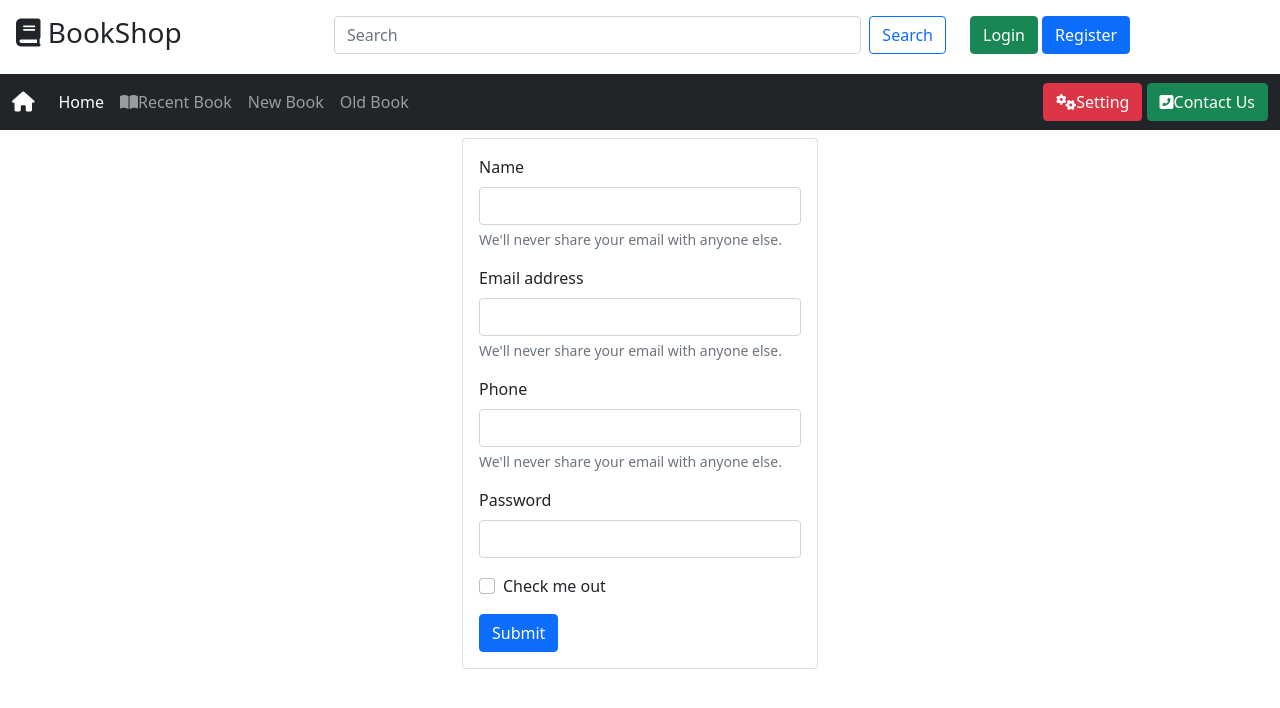
Repository: Abhishekverma23797/BookShopApp
Page: http://localhost/Ebook-App/Register.jsp
These files come from the project's save history. The page is drawn as it stood at one moment and after the next save; the edit follows.
The browser window is 1280 px wide. The pictures show the whole page.
The page is served by Tomcat 9. Other server files are loaded and not shown.

Above is the page before, as saved 2021-12-07 11:51:07.

### Ebook-App/src/main/webapp/Register.jsp
<%@ page language="java" contentType="text/html; charset=ISO-8859-1"
	pageEncoding="ISO-8859-1"%>
<!DOCTYPE html>
<html>
<head>
<meta charset="ISO-8859-1">
<title>BookShop: Register</title>
<%@include file="All_Component/AllCss.jsp"%>
</head>
<body>
	<%@include file="All_Component/navbar.jsp"%>


	<div class="container">
		<div class="row">
			<div class="col-md-4 offset-md-4">
				<div class="card mt-2">

					<div class="card-body">

						<form>
							<div class="mb-3">
								<label for="exampleInputEmail1" class="form-label">Name</label>
								<input type="email" class="form-control" id="exampleInputEmail1"
									aria-describedby="emailHelp">
								<div id="emailHelp" class="form-text">We'll never share
									your email with anyone else.</div>
							</div>
							<div class="mb-3">
								<label for="exampleInputEmail1" class="form-label">Email
									address</label> <input type="email" class="form-control"
									id="exampleInputEmail1" aria-describedby="emailHelp">
								<div id="emailHelp" class="form-text">We'll never share
									your email with anyone else.</div>
							</div>
							<div class="mb-3">
								<label for="exampleInputEmail1" class="form-label">Phone</label> <input type="email" class="form-control"
									id="exampleInputEmail1" aria-describedby="emailHelp">
								<div id="emailHelp" class="form-text">We'll never share
									your email with anyone else.</div>
							</div>
							<div class="mb-3">
								<label for="exampleInputPassword1" class="form-label">Password</label>
								<input type="password" class="form-control"
									id="exampleInputPassword1">
							</div>
							<div class="mb-3 form-check">
								<input type="checkbox" class="form-check-input"
									id="exampleCheck1"> <label class="form-check-label"
									for="exampleCheck1">Check me out</label>
							</div>
							<button type="submit" class="btn btn-primary">Submit</button>
						</form>
					</div>
				</div>

			</div>
		</div>
	</div>
</body>
</html>

### Ebook-App/src/main/webapp/All_Component/AllCss.jsp
<!-- CSS only -->
<link
	href="https://cdn.jsdelivr.net/npm/bootstrap@5.1.3/dist/css/bootstrap.min.css"
	rel="stylesheet"
	integrity="sha384-1BmE4kWBq78iYhFldvKuhfTAU6auU8tT94WrHftjDbrCEXSU1oBoqyl2QvZ6jIW3"
	crossorigin="anonymous">


<!-- JavaScript Bundle with Popper -->
<script
	src="https://cdn.jsdelivr.net/npm/bootstrap@5.1.3/dist/js/bootstrap.bundle.min.js"
	integrity="sha384-ka7Sk0Gln4gmtz2MlQnikT1wXgYsOg+OMhuP+IlRH9sENBO0LRn5q+8nbTov4+1p"
	crossorigin="anonymous"></script>


<link rel="stylesheet"
	href="https://cdnjs.cloudflare.com/ajax/libs/font-awesome/6.0.0-beta3/css/all.min.css"
	integrity="sha512-Fo3rlrZj/k7ujTnHg4CGR2D7kSs0v4LLanw2qksYuRlEzO+tcaEPQogQ0KaoGN26/zrn20ImR1DfuLWnOo7aBA=="
	crossorigin="anonymous" referrerpolicy="no-referrer" />

<link rel="stylesheet" href="All_Component/style.css">

### Ebook-App/src/main/webapp/All_Component/navbar.jsp

<div class="container-fluid p-3">


	<div class="row">

		<div class="col-md-3">

			<h3>

				<i class="fas fa-book"></i> BookShop
			</h3>
		</div>

		<div class="col-md-6">
			<form class="d-flex">
				<input class="form-control me-2 my-lg-0" type="search"
					placeholder="Search" aria-label="Search">
				<button class="btn btn-outline-primary" type="submit">Search</button>
			</form>
		</div>

		<div class="col-md-3">

			<a href="" class="btn btn-success">Login</a> <a href="Register.jsp"
				class="btn btn-primary">Register</a>

		</div>

	</div>

</div>
<nav class="navbar navbar-expand-lg navbar-dark bg-dark bg-custom">
	<div class="container-fluid">
		<a class="navbar-brand" href="#"><i class="fas fa-home"></i></a>
		<button class="navbar-toggler" type="button" data-bs-toggle="collapse"
			data-bs-target="#navbarSupportedContent"
			aria-controls="navbarSupportedContent" aria-expanded="false"
			aria-label="Toggle navigation">
			<span class="navbar-toggler-icon"></span>
		</button>
		<div class="collapse navbar-collapse" id="navbarSupportedContent">
			<ul class="navbar-nav me-auto mb-2 mb-lg-0">
				<li class="nav-item"><a class="nav-link active"
					aria-current="page" href="#"> Home</a></li>

				<li class="nav-item"><a class="nav-link" href="#"><i
						class="fas fa-book-open"></i>Recent Book</a></li>

				<li class="nav-item"><a class="nav-link" href="#">New Book</a></li>

				<li class="nav-item"><a class="nav-link" href="#">Old Book</a>
				</li>
			</ul>
			<form class="from-inline my-2 my-lg-0">
				<button class="btn btn-danger my-2 my-sm-0 ml-1" type="submit">
					<i class="fas fa-cogs"></i>Setting
				</button>
				<button class="btn btn-success" type="submit">
					<i class="fas fa-phone-square-alt"></i>Contact Us
				</button>
			</form>
		</div>
	</div>
</nav>

### Ebook-App/src/main/webapp/All_Component/style.css

.bg-custom{

	background-color: #303f9f;
}

.navbar .nav-item:hover  {

	background-color: black;
	color: blue;
	border-radius: 20px

}

After the next save:
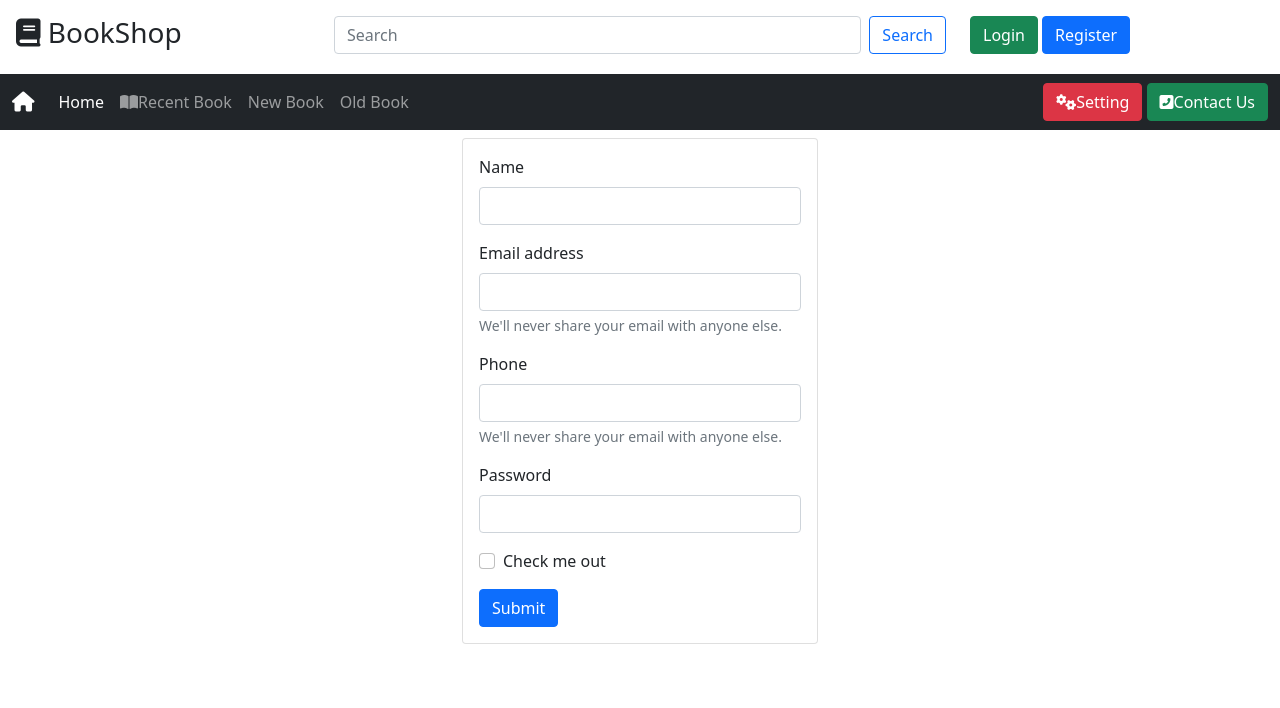
Saved 3 min 4 s later.
--- a/Ebook-App/src/main/webapp/Register.jsp
+++ b/Ebook-App/src/main/webapp/Register.jsp
@@ -21,10 +21,9 @@
 						<form>
 							<div class="mb-3">
 								<label for="exampleInputEmail1" class="form-label">Name</label>
-								<input type="email" class="form-control" id="exampleInputEmail1"
+								<input type="text" class="form-control" id="exampleInputEmail1"
 									aria-describedby="emailHelp">
-								<div id="emailHelp" class="form-text">We'll never share
-									your email with anyone else.</div>
+
 							</div>
 							<div class="mb-3">
 								<label for="exampleInputEmail1" class="form-label">Email
